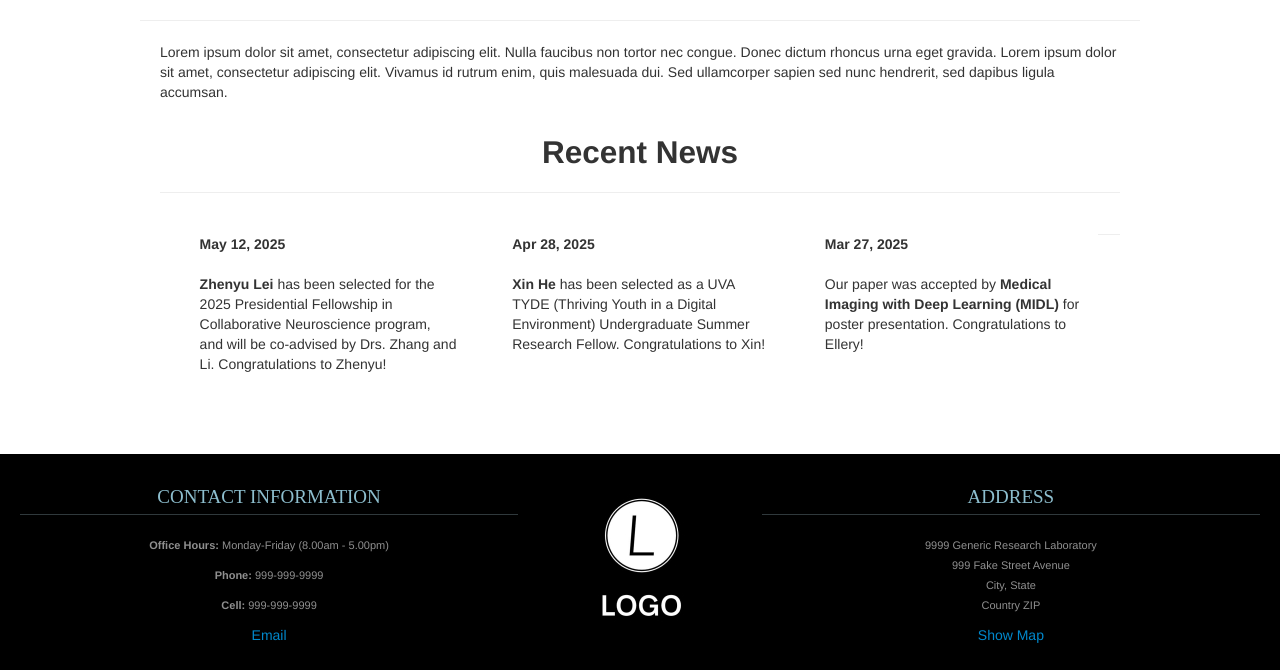
Repository: nbillab/nbillab.io
Page: index.html
The author's editor kept a copy of each file at every save. The page is drawn from the files as they stood at one save, then again after the next save.
The browser window is 1280 px wide. The pictures show the part of the page from y = 633 to 1303 px (the page is 1303 px tall).

Above is the page before, as saved 2025-08-17 15:04:52.

### index.html
<!DOCTYPE html>
<html lang="en">
   <head>
      <meta charset="utf-8">
      <title>Generic Research Lab Template - Home</title>
      <meta name="viewport" content="width=device-width, initial-scale=1.0">
      <meta name="description" content="Research Lab, Home, Velit Aliquet Sagittis University">
      <meta name="author" content="">
      <!-- Le styles -->
      <link href="css/bootstrap.min.css" rel="stylesheet">
      <link href="css/bootstrap-responsive.min.css" rel="stylesheet">
      <link href="css/theme.css" rel="stylesheet">
   </head>
   <body>
      <div class="container">
         <header class="jumbotron subhead" id="overview">
            <p class="lead"> School of Data SCience, University of Virginia </p>
            <h1>NeuroBioInformatics Lab</h1>
         </header>
         <div class="masthead">
            <div class="navbar">
               <div class="navbar-inner">
                  <div class="container">
                     <ul class="nav">
                        <li class="active"><a href="#">Home</a></li>
                        <li><a href="people.html">People</a></li>
                        <li><a href="research.html">Research</a></li>
                        <li><a href="publications.html">Publications</a></li>
                        <li><a href="gallery.html">Gallery</a></li>
                        <li><a href="news.html">News</a></li>
                        <li><a href="teaching.html">Teaching</a></li>
                        <li><a href="contact.html">Contact</a></li>
                     </ul>
                  </div>
               </div>
            </div>
         </div>
         <div class="container">
         <div class="row">
            <div class="col-12 text-center">
               <img src="images/lab_gathering/lab_01.JPG"
                  alt="Lab Gathering"
                  style="width: 100%; max-height: 400px; object-fit: contain; background-color: #fff;">
            </div>
         </div>
         </div>
         <hr>
         <div class="container-fluid">
            <div class="row-fluid marketing">
               <div class="span12">
                  <p>
                     Lorem ipsum dolor sit amet, consectetur adipiscing elit. Nulla faucibus non tortor nec congue.
                     Donec dictum rhoncus urna eget gravida. Lorem ipsum dolor sit amet, consectetur adipiscing elit.
                     Vivamus id rutrum enim, quis malesuada dui. Sed ullamcorper sapien sed nunc hendrerit, sed dapibus
                     ligula accumsan.
                  </p>
                  <br/>
               </div>
               <div class="row-fluid">
                  <hr>
                  <h2 class="centered">Recent News</h2>
                  <hr>
               </div>
               <div class="span4 feature-item">
                  <h5><span class="date">May 12, 2025</span></h5>
                  <p><strong>Zhenyu Lei</strong> has been selected for the 2025 Presidential Fellowship in Collaborative Neuroscience program, and will be co-advised by Drs. Zhang and Li. Congratulations to Zhenyu!</p>
                  <br/>
               </div>
               <div class="span4 feature-item">
                  <h5><span class="date">Apr 28, 2025</span></h5>
                  <p><strong>Xin He</strong> has been selected as a UVA TYDE (Thriving Youth in a Digital Environment) Undergraduate Summer Research Fellow. Congratulations to Xin!</p>
                  <br/>
               </div>
               <div class="span4 feature-item">
                  <h5><span class="date">Mar 27, 2025</span></h5>
                  <p>Our paper was accepted by <strong>Medical Imaging with Deep Learning (MIDL)</strong> for poster presentation. Congratulations to Ellery!</p>
                  <br/>
               </div>
               <hr>
            </div>
            <div class="row-fluid">
               <!-- Additional news items can be added here if needed -->
            </div>
         </div>
      </div>
      <footer id="footer">
         <div class="container-fluid">
            <div class="row-fluid">
               <div class="span5">
                  <h3>Contact Information</h3>
                  <p><b>Office Hours: </b>Monday-Friday (8.00am - 5.00pm)</p>
                  <p><b>Phone: </b>999-999-9999</p>
                  <p><b>Cell: </b>999-999-9999</p>
                  <a href="mailto:your.email@uni.edu">Email</a>
               </div>
               <div class="span2">
                  <a href="https://mybrandnewlogo.com/"><img src = "thumbs/generic-logo.JPG" alt="research-lab-logo"/></a>
               </div>
               <div class="span5">
                  <h3>Address</h3>
                  <p>9999 Generic Research Laboratory<br>
                     999 Fake Street Avenue<br>
                     City, State<br>
                     Country ZIP
                  </p>
                  <a href="http://maps.google.com/">Show Map</a>
               </div>
            </div>
         </div>
      </footer>

      <!-- Javascript files -->
      <script src="js/jquery-1.9.1.min.js"></script>
      <script src="js/bootstrap.min.js"></script>
   </body>
</html>

### css/theme.css
body {
	padding-top: 15px;
	padding-bottom: 0px;
}


/* Custom container */

.container {
	margin: 0 auto;
	max-width: 1000px;
}

.container>hr {
	margin: 20px 0
}


/* Customize the navbar links to be fill the entire space of the .navbar */

.navbar .navbar-inner {
	padding: 0
}

.navbar .nav {
	margin: 0;
	display: table;
	width: 100%;
}

.navbar .nav li {
	display: table-cell;
	width: 1%;
	float: none;
}

.navbar .nav li a {
	font-weight: bold;
	text-align: center;
	border-left: 1px solid rgba(255, 255, 255, .75);
	border-right: 1px solid rgba(0, 0, 0, .1);
}

.navbar .nav li:first-child a {
	border-left: 0;
	border-radius: 3px 0 0 3px;
}

.navbar .nav li:last-child a {
	border-right: 0;
	border-radius: 0 3px 3px 0;
}

body>.navbar {
	font-size: 13px
}


/* Change the docs' brand */

body>.navbar .brand {
	padding-right: 0;
	padding-left: 0;
	margin-left: 20px;
	float: right;
	font-weight: bold;
	color: #000;
	text-shadow: 0 1px 0 rgba(255, 255, 255, .1), 0 0 30px rgba(255, 255, 255, .125);
	-webkit-transition: all .2s linear;
	-moz-transition: all .2s linear;
	transition: all .2s linear;
}

body>.navbar .brand:hover {
	text-decoration: none;
	text-shadow: 0 1px 0 rgba(255, 255, 255, .1), 0 0 30px rgba(255, 255, 255, .4);
}


/* Sidenav for Docs
         -------------------------------------------------- */

@media screen and (max-width: 768px) {
	.bs-docs-sidenav {
		display: none !important;
	}
}

.bs-docs-sidenav {
	width: 228px;
	margin: 30px 0 0;
	padding: 0;
	background-color: #fff;
	-webkit-border-radius: 6px;
	-moz-border-radius: 6px;
	border-radius: 6px;
	-webkit-box-shadow: 0 1px 4px rgba(0, 0, 0, .065);
	-moz-box-shadow: 0 1px 4px rgba(0, 0, 0, .065);
	box-shadow: 0 1px 4px rgba(0, 0, 0, .065);
}

.bs-docs-sidenav>li>a {
	display: block;
	width: 200px;
	margin: 0 0 -1px;
	padding: 8px 14px;
	border: 1px solid #e5e5e5;
}

.bs-docs-sidenav>li>a.subhead {
	display: block;
	width: 168px;
	margin: 0 0 -1px;
	padding: 8px 30px;
	border: 1px solid #e5e5e5;
	font-size: 12px;
}

.bs-docs-sidenav>li:first-child>a {
	-webkit-border-radius: 6px 6px 0 0;
	-moz-border-radius: 6px 6px 0 0;
	border-radius: 6px 6px 0 0;
}

.bs-docs-sidenav>li:last-child>a {
	-webkit-border-radius: 0 0 6px 6px;
	-moz-border-radius: 0 0 6px 6px;
	border-radius: 0 0 6px 6px;
}

.bs-docs-sidenav>.active>a {
	position: relative;
	z-index: 2;
	padding: 9px 15px;
	border: 0;
	text-shadow: 0 1px 0 rgba(0, 0, 0, .15);
	-webkit-box-shadow: inset 1px 0 0 rgba(0, 0, 0, .1), inset -1px 0 0 rgba(0, 0, 0, .1);
	-moz-box-shadow: inset 1px 0 0 rgba(0, 0, 0, .1), inset -1px 0 0 rgba(0, 0, 0, .1);
	box-shadow: inset 1px 0 0 rgba(0, 0, 0, .1), inset -1px 0 0 rgba(0, 0, 0, .1);
}

.bs-docs-sidenav>li>a:hover {
	background-color: #f5f5f5
}

.bs-docs-sidenav a:hover .icon-chevron-right {
	opacity: .5
}

.bs-docs-sidenav.affix {
	top: 10px
}

.bs-docs-sidenav.affix-bottom {
	position: absolute;
	top: auto;
	bottom: 270px;
}


/* Responsive
         -------------------------------------------------- */

.affix {
	top: 0px
}

#media {
	margin-top: 70px
}

#media .header {
	margin-left: 0;
	margin-bottom: 56px;
	margin-top: 30px;
}

#media .post_row {
	margin-left: 0;
	margin-bottom: 40px;
}

#media .lastpost_row {
	margin-bottom: 0
}

#media .post_row .post {
	background: #fff;
	/*margin-left: 0;;
    margin-right: 20px;*/
	border-radius: 4px;
	box-shadow: 1px 1px 2px 0px #E0E0E0;
	width: 487px;
	height: 616px;
}

#media .post_row .last {
	margin-right: 0
}

#media .post_row .post .img {
	position: relative;
	text-align: center;
}

#media .post_row .post .img .date {
	background: #E8554E;
	position: absolute;
	padding: 2px 5px;
	top: 0;
	left: 11px;
}

#media .post_row .post .img .date p {
	color: #fff;
	font-size: 14px;
	font-weight: bold;
	font-style: italic;
	margin: 0;
}

#media .post_row .post .img img {
	height: 275px;
	width: 410px;
}

#media .post_row .post .text {
	margin: 18px auto 0;
	width: 83%;
}

#media .post_row .post .text h5 {
	margin: 0 0 8px 0;
	font-size: 20px;
	line-height: 23px;
}

#media .post_row .post .text h5 a {
	color: #333
}

#media .post_row .post .text span.date {
	color: #9F9F9F;
	display: block;
	margin-bottom: 12px;
	font-style: italic;
	font-size: 13px;
}

#media .post_row .post .text p {
	margin: 0;
	line-height: 21px;
	font-size: 14px;
}

#media .post_row .post .author_box {
	margin: 12px auto 20px;
	border-top: 1px solid #EDEDED;
	overflow: hidden;
	text-align: left;
	width: 85%;
	padding-top: 12px;
}

#media .post_row .post .author_box h6 {
	margin: 0 0 3px 0;
	font-size: 13px;
	line-height: 15px;
	font-style: italic;
	font-weight: normal;
	color: #B2B2B2;
}

#media .post_row .post .author_box p {
	color: #B2B2B2;
	font-style: italic;
	font-size: 13px;
	line-height: 14px;
	margin: 0;
}

#media .post_row .post .author_box img {
	float: right
}

#media .post_row .post a.plus_wrapper {
	width: 99%;
	text-align: center;
	background: #fff;
	display: none;
	border-radius: 0px 0px 4px 4px;
	padding: 6px 0px 2px;
	margin: 0 auto 1px;
}

#media .post_row .post a.plus_wrapper span {
	color: #1189D9;
	font-size: 30px;
	font-weight: bold;
}

#media .post_row .post:hover a.plus_wrapper {
	display: block
}

#media .post_row .post:hover {
	box-shadow: 0px 1px 5px 1px rgb(216, 216, 216)
}

#media .post_row .post:hover .text h5 a {
	color: #1189D9
}

.map .box_wrapp {
	position: absolute;
	margin: 15px auto;
	box-shadow: 0 0 7px 0 rgba(26, 26, 26, 0.4);
	padding: 30px 0 30px;
	background: white;
	border-radius: 4px;
	margin-top: 25px;
}

.map .box_wrapp .box_cont {
	margin: 30px auto;
	width: 76%;
}

.section-header {
	text-align: center;
	margin-bottom: 35px;
}

.section-header h1,
.title-text {
	font-weight: bold;
	font-size: 30px;
	margin: 12.5px 0;
	font-weight: 100;
	margin-bottom: 25px;
	line-height: 55px;
}

.feature-item:hover {
	box-shadow: 0px 1px 5px 1px rgb(216, 216, 216)
}

.feature-item img {
	margin-left: 15px;
	margin-right: 15px;
	max-width: 90%;
	height: 200px;
}

.feature-item h5 {
	margin-left: 15px;
	margin-right: 15px;
	margin-top: 20px;
	margin-bottom: 20px;
}

.feature-item p {
	margin-left: 15px;
	margin-right: 15px;
}

.feature-heading {
	margin-top: 20px;
	margin-bottom: 20px;
	margin-left: 15px;
	margin-right: 15px;
}

.feature-heading a:hover {
	text-decoration: none;
}

.feature-button {
	font-size: 16px;
	background-image: none;
	box-shadow: none;
	margin-bottom: 10px;
}

.centered {
	text-align: center;
}

.subhead {
	text-align: left;
	border-bottom: 1px solid #ddd;
}

.jumbotron {
	position: relative;
	padding: 45px 0px 35px 0px;
	color: #fff;
	text-align: center;
	text-shadow: 0 1px 3px rgba(0, 0, 0, .4), 0 0 30px rgba(0, 0, 0, .075);
	background: #30393C;
	background: -moz-linear-gradient(45deg, #30393C 0%, #000000 100%);
	background: -webkit-gradient(linear, left bottom, right top, color-stop(0%, #30393C), color-stop(100%, #30393C));
	background: -webkit-linear-gradient(45deg, #30393C 0%, #000000 100%);
	background: -o-linear-gradient(45deg, #30393C 0%, #000000 100%);
	background: -ms-linear-gradient(45deg, #30393C 0%, #000000 100%);
	background: linear-gradient(45deg, #30393C 0%, #000000 100%) repeat;
	-webkit-box-shadow: inset 0 3px 7px rgba(0, 0, 0, .2), inset 0 -3px 7px rgba(0, 0, 0, .2);
	-moz-box-shadow: inset 0 3px 7px rgba(0, 0, 0, .2), inset 0 -3px 7px rgba(0, 0, 0, .2);
	box-shadow: inset 0 3px 7px rgba(0, 0, 0, .2), inset 0 -3px 7px rgba(0, 0, 0, .2);
}

.jumbotron:after {
	content: '';
	display: block;
	position: absolute;
	top: 0;
	right: 0;
	bottom: 0;
	left: 0;
	opacity: .4;
}

.lead {
	margin-bottom: 0px;
	font-size: 21px;
	font-weight: 200;
	line-height: 15px;
}

img.float-left {
	float: left;
	margin-top: 9px;
	margin-left: 0px;
	margin-right: 30px;
	margin-bottom: 12px;
}

img.float-right {
	float: right;
	margin-top: 9px;
	margin-right: 0px;
	margin-bottom: 12px;
	margin-left: 30px;
}

img.publications-thumb {
	width: 142px;
	height: 188px;
}

.caption {
	margin: 10px;
}

.responsive-video {
	position: relative;
	padding-bottom: 56.25%;
	padding-top: 60px;
	overflow: hidden;
}

.responsive-video iframe,
.responsive-video object,
.responsive-video embed {
	position: absolute;
	top: 0;
	left: 0;
	width: 93.5%;
	height: 93.5%;
}

.video-caption {
	margin: 10px;
}

.accordion {
	margin-bottom: 20px;
	margin-right: 40px;
}

.thumbnail>img.sponsor {
	width: 212px;
	height: 150px;
}

img.carousel-image {
	width: 100%;
}

li.publication {
	margin-bottom: 20px;
}

.page-header h3 a:hover {
	text-decoration: none;
}

iframe.map-frame {
	border: none;
	overflow: hidden;
	margin-top: 10px;
	margin-bottom: 10px;
	margin-left: 0px;
	margin-right: 0px;
	height: 550px;
	width: 100%;
}

ul.sponsors {
	margin-top: 40px;
	margin-bottom: 40px;
}

#footer {
	z-index: 10;
	margin-top: 50px;
	margin-bottom: 0px;
	padding-bottom: 25px;
	border-top-width: 8px;
	border-top-style: solid;
	border-top-color: #2F2F2F;
	background-color: #000000;
	border: 0;
	font-size: 100%;
	font: inherit;
	vertical-align: baseline;
	text-align: center;
}

#footer h3 {
	font-size: 19px;
	text-transform: uppercase;
	font-family: BebasNeueRegular;
	color: #8DBECE;
	border-bottom-width: 1px;
	border-bottom-style: solid;
	border-bottom-color: #30393C;
	line-height: 35px;
	margin-bottom: 20px;
	margin-top: 25px;
	font-weight: normal;
}

#footer a img {
	margin-top: 40px;
}

#footer p,
#footer address {
	color: #8F8F8F;
	font-size: 11px;
}

Loaded but not shown: css/bootstrap.min.css (library); css/bootstrap-responsive.min.css (library); js/jquery-1.9.1.min.js (library); js/bootstrap.min.js (library)

After the next save:
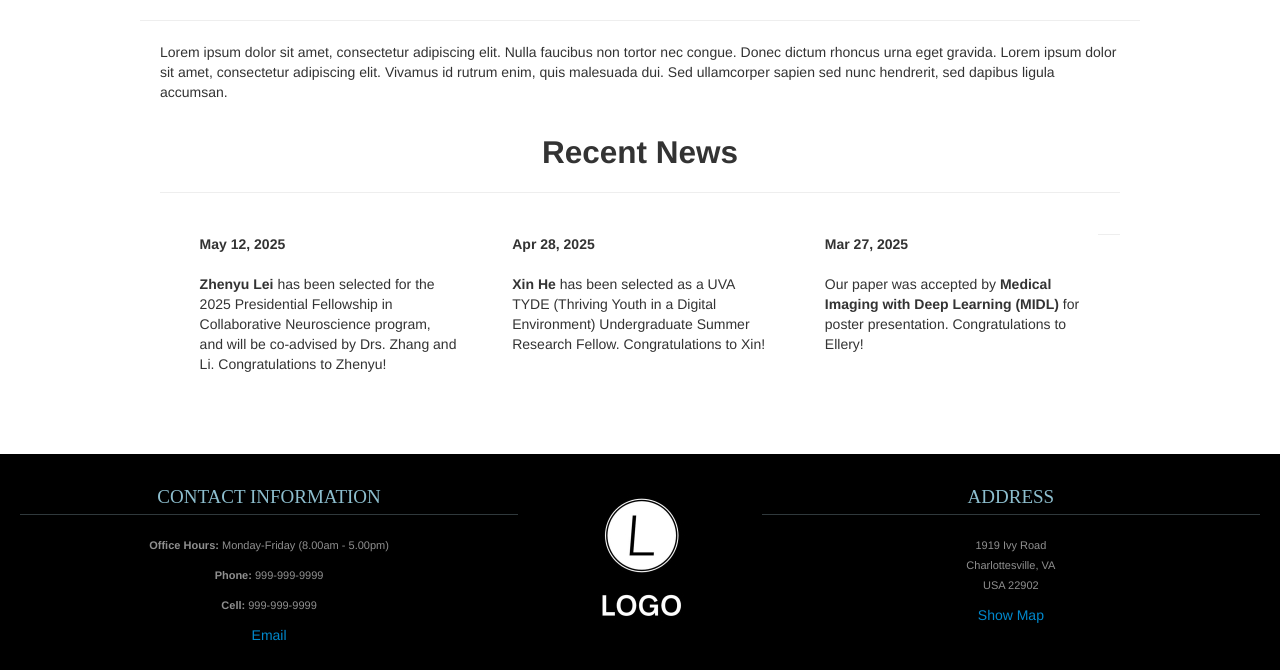
Saved 53 s later.
--- a/index.html
+++ b/index.html
@@ -98,10 +98,9 @@
                </div>
                <div class="span5">
                   <h3>Address</h3>
-                  <p>9999 Generic Research Laboratory<br>
-                     999 Fake Street Avenue<br>
-                     City, State<br>
-                     Country ZIP
+                  <p>1919 Ivy Road<br>
+                     Charlottesville, VA<br>
+                     USA 22902
                   </p>
                   <a href="http://maps.google.com/">Show Map</a>
                </div>
